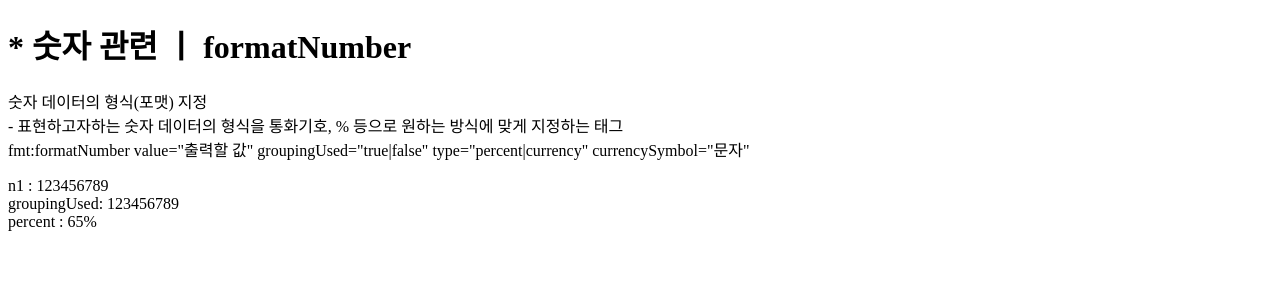
Repository: yoonseo0832/workspace
Page: http://localhost/2_jsp/views/4_CustomAction/3_fmt.jsp
An editor plug-in stored every save of this project. The page is shown before and after the next save, followed by the edit.
The browser window is 1280 px wide. The pictures show the whole page.
The page is served by Tomcat 9. Other server files are loaded and not shown.

Above is the page before, as saved 2025-03-21 06:47:08.

### 05_server/2_jsp/src/main/webapp/views/4_CustomAction/3_fmt.jsp
<%@ page language="java" contentType="text/html; charset=UTF-8"
    pageEncoding="UTF-8"%>
<%@ taglib prefix="c" uri="http://java.sun.com/jsp/jstl/core" %>
<%@ taglib prefix="fmt" uri="http://java.sun.com/jsp/jstl/fmt" %>
<!DOCTYPE html>
<html>
<head>
<meta charset="UTF-8">
<title>JSTL - Format Library</title>
</head>
<body>
	<h1>* 숫자 관련 ㅣ formatNumber</h1>
	<p>
		숫자 데이터의 형식(포맷) 지정<br>
		- 표현하고자하는 숫자 데이터의 형식을 통화기호, % 등으로 원하는 방식에 맞게 지정하는 태그
		<br>
		fmt:formatNumber value="출력할 값"
					groupingUsed="true|false"
					type="percent|currency" currencySymbol="문자"
	</p>

	<c:set var="n1" value="123456789" />
	<c:set var="n2" value="0.65" />
	<c:set var="n3" value="50000" />

	n1 : ${ n1 }
	<br>
	groupingUsed: <fmt:formatNumber value="${n1 }" groupingUsed="false"/>
	<br>
	percent : <fmt:formatNumber value="${n2 }" type="percent"/>
</body>
</html>

After the next save:
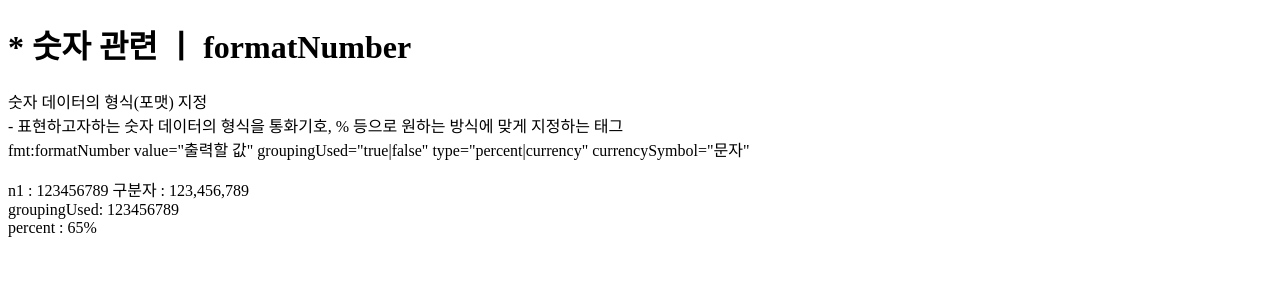
Saved 18 s later.
--- a/05_server/2_jsp/src/main/webapp/views/4_CustomAction/3_fmt.jsp
+++ b/05_server/2_jsp/src/main/webapp/views/4_CustomAction/3_fmt.jsp
@@ -24,6 +24,7 @@
 	<c:set var="n3" value="50000" />
 
 	n1 : ${ n1 }
+	구분자 : <fmt:formatNumber value="${n1 }" />
 	<br>
 	groupingUsed: <fmt:formatNumber value="${n1 }" groupingUsed="false"/>
 	<br>
